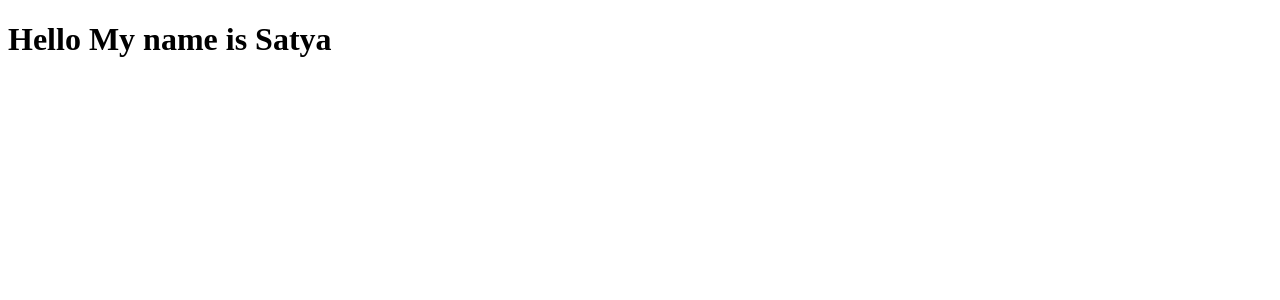
Repository: theplaygod97/Deloitte
Page: Day 16/SpringMVCDemo1/WebContent/index.html
These files come from the project's save history. The page is drawn as it stood at one moment and after the next save; the edit follows.
The browser window is 1280 px wide. The pictures show the whole page.

Above is the page before, as saved 2020-01-13 09:01:06.

After the next save:
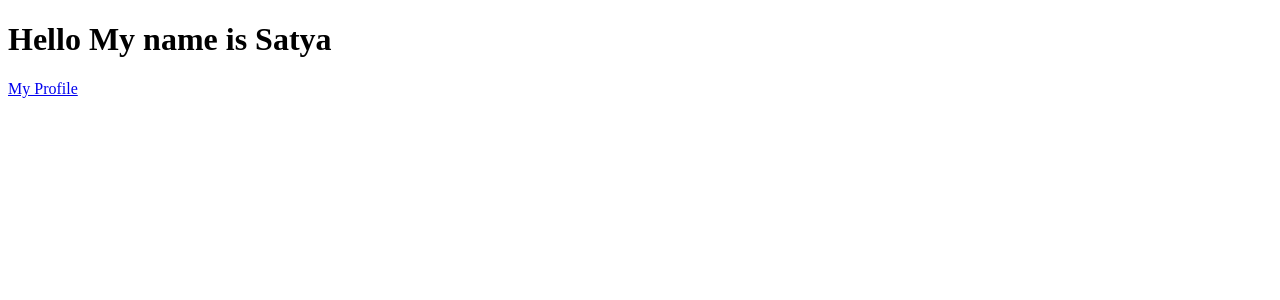
Saved 33 s later.
--- a/Day 16/SpringMVCDemo1/WebContent/index.html
+++ b/Day 16/SpringMVCDemo1/WebContent/index.html
@@ -6,5 +6,6 @@
 </head>
 <body>
 <h1>Hello My name is Satya</h1>
+<a href="profile.html">My Profile</a>
 </body>
 </html>
